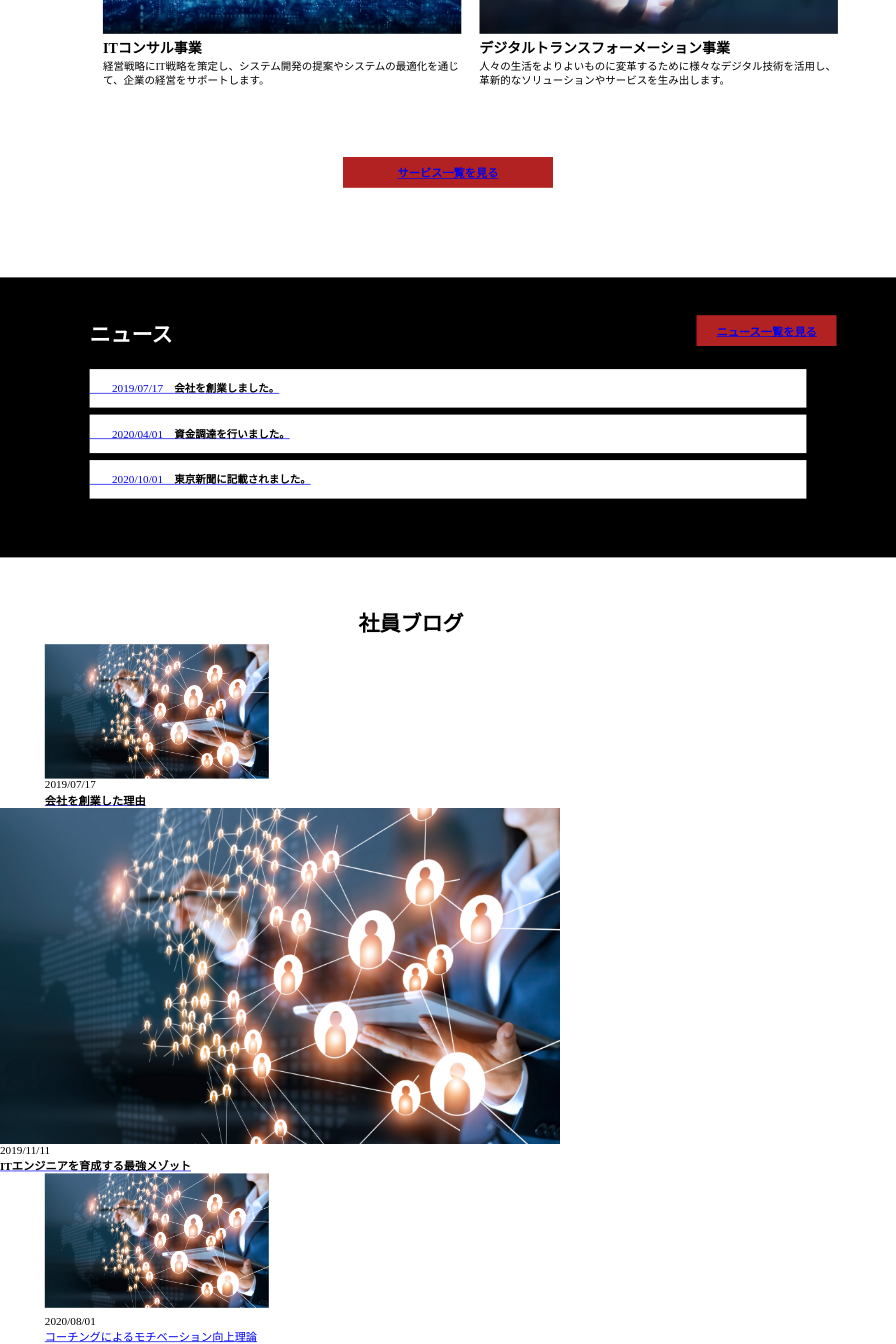
Repository: sigemasaasuka/20211012sigemasa
Page: index.html
An editor plug-in stored every save of this project. The page is shown before and after a run of saves, followed by the edit.
The browser window is 1280 px wide. The pictures show the part of the page from y = 1616 to 3536 px (the page is 3536 px tall before and 3258 px after), at 70% of full size.

Above is the page before, as saved 2021-10-19 17:54:28.

After the next 3 saves:
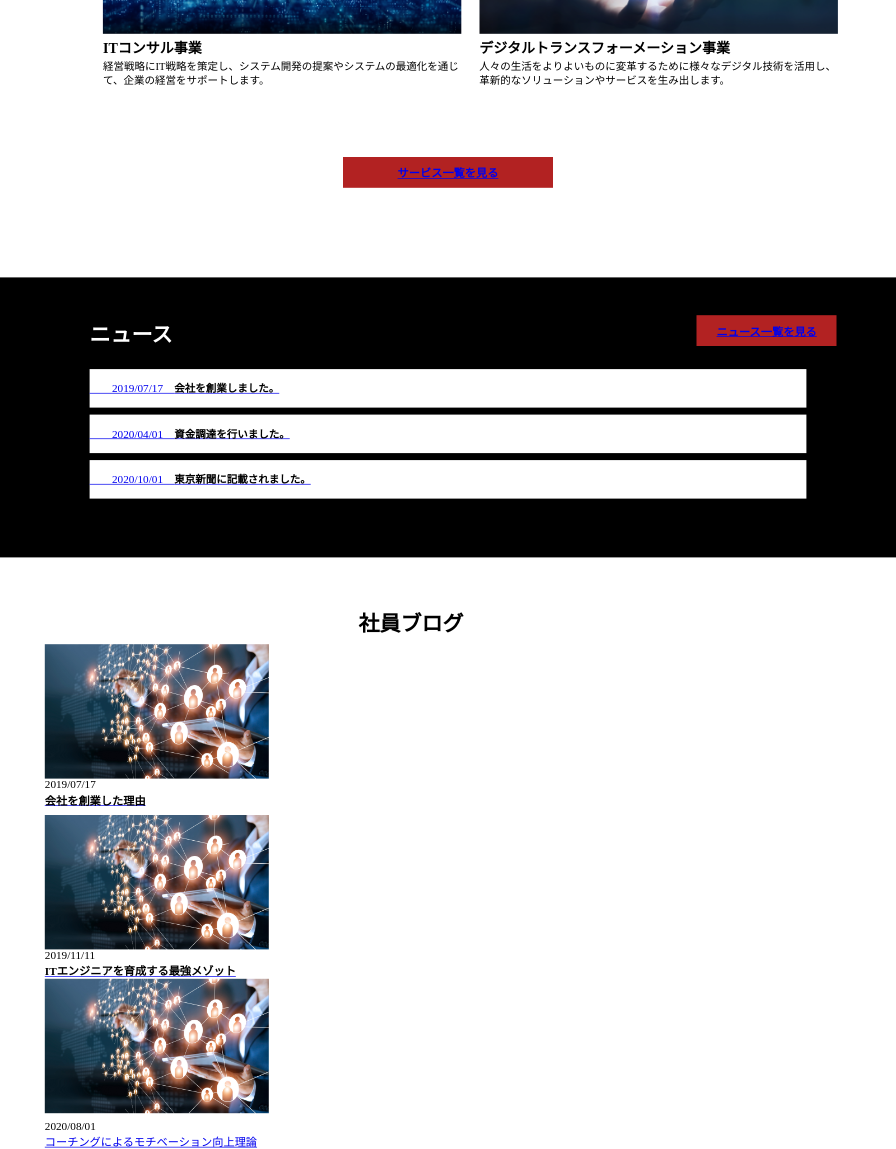
The 3 saves are shown as one change because they came seconds apart.
The last was saved 13 s later.
--- a/index.html
+++ b/index.html
@@ -117,7 +117,7 @@
           <a href="index.html"><p class="reason2">会社を創業した理由</p></a>
         </div>
         </div>
-        <div class="nurt"
+        <div class="nurturing"></div>
         <div class="nurturing-png">
           <a href="index.html">
             <img src="img/blog.png" alt="blog">
